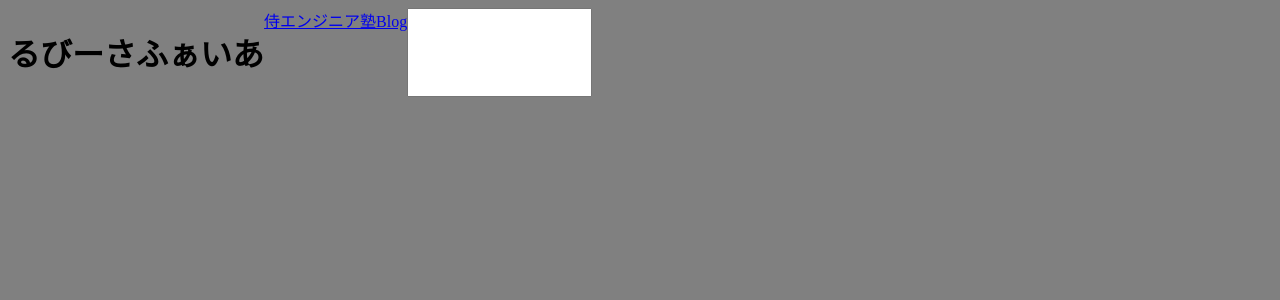
Repository: nya5/samurai_HTML-CSS
Page: fuga/hoge.html
The author's editor kept a record of every edit. The page is drawn from the files as they stood at one moment, then again after the next edit.
The browser window is 1280 px wide. The pictures show the whole page.

Above is the page before.

After the next edit:
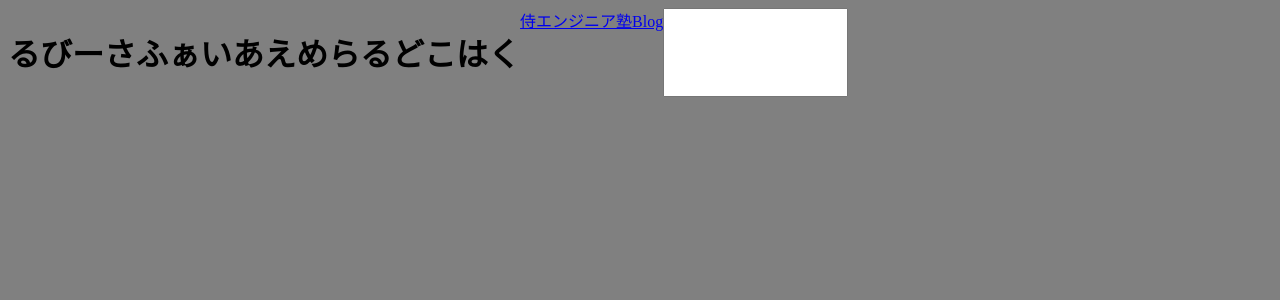
The edit:
--- a/fuga/hoge.html
+++ b/fuga/hoge.html
@@ -24,6 +24,8 @@
     <div id="parent">
         <h1>るびー</h1>
         <h1>さふぁいあ</h1>
+        <h1>えめらるど</h1>
+        <h1>こはく</h1>
       <a href="https://www.sejuku.net/blog/">侍エンジニア塾Blog</a>
      <input type="text"/>
    　</div>
